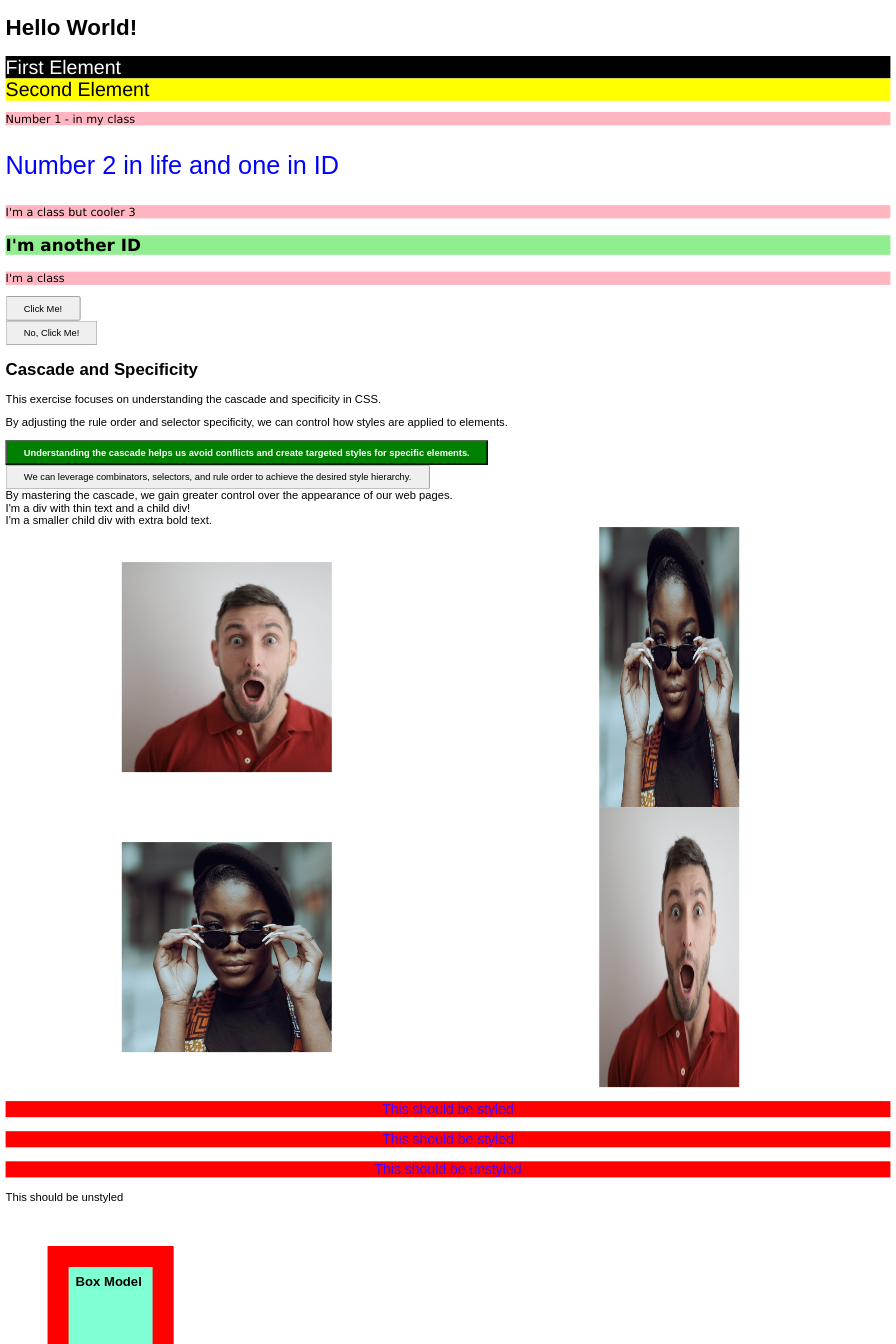
Repository: HeliosAI9/First-test-website
Page: mywebsite/html-boilerplate/pagetwo.html
The author's editor kept a copy of each file at every save. The page is drawn from the files as they stood at one save, then again after the next save.
The browser window is 1280 px wide. The pictures show the part of the page from y = 0 to 1920 px (the page is 3264 px tall before and 3229 px after), at 70% of full size.

Above is the page before, as saved 2023-05-31 10:24:50.
Not found: mywebsite/html-boilerplate/script.js

After the next save:
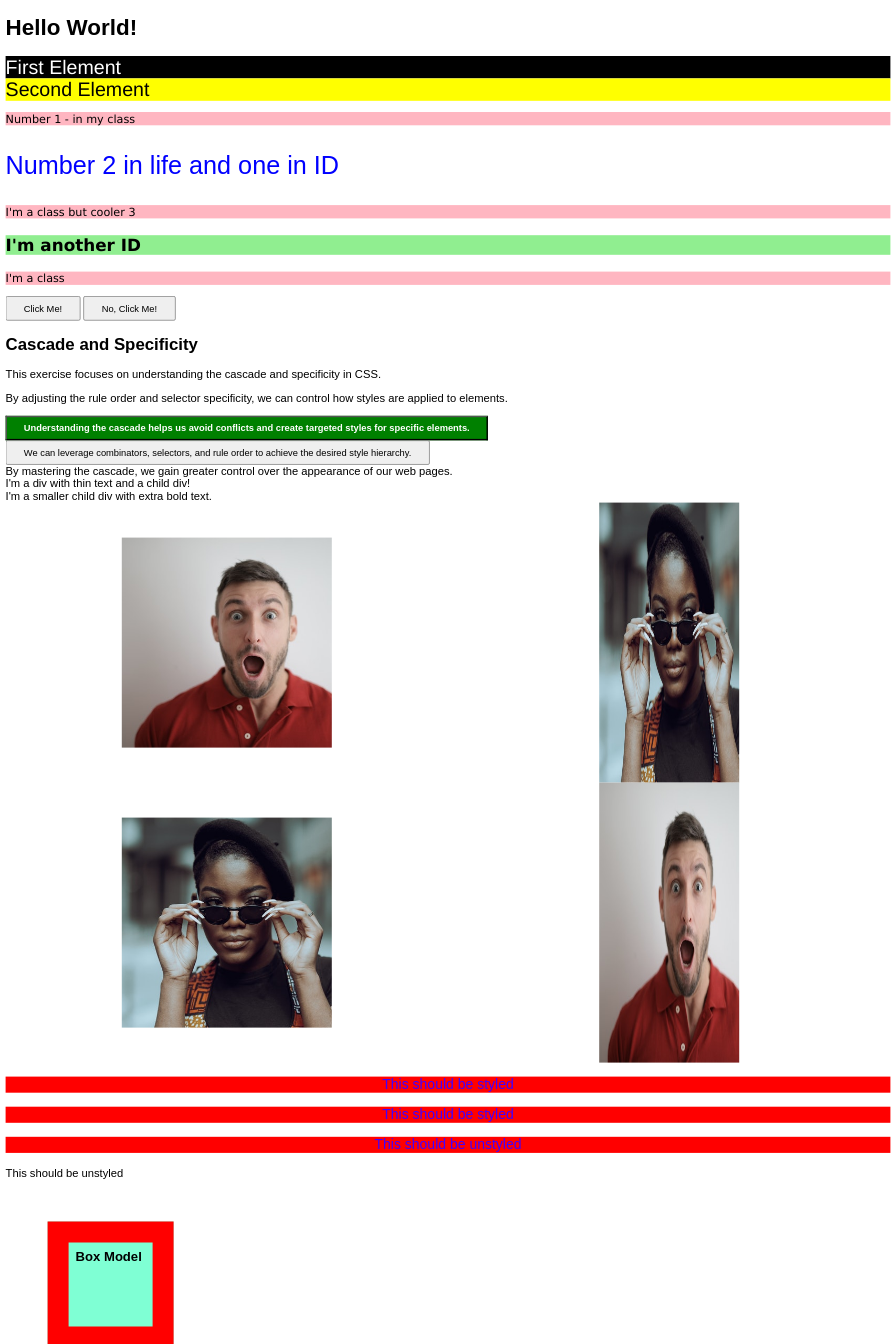
Saved 19 s later.
--- a/mywebsite/html-boilerplate/css/style.css
+++ b/mywebsite/html-boilerplate/css/style.css
@@ -185,6 +185,6 @@
   }
 
   button {
-    display: block;
+    display: center;
     padding: 8px 24px;
   }
